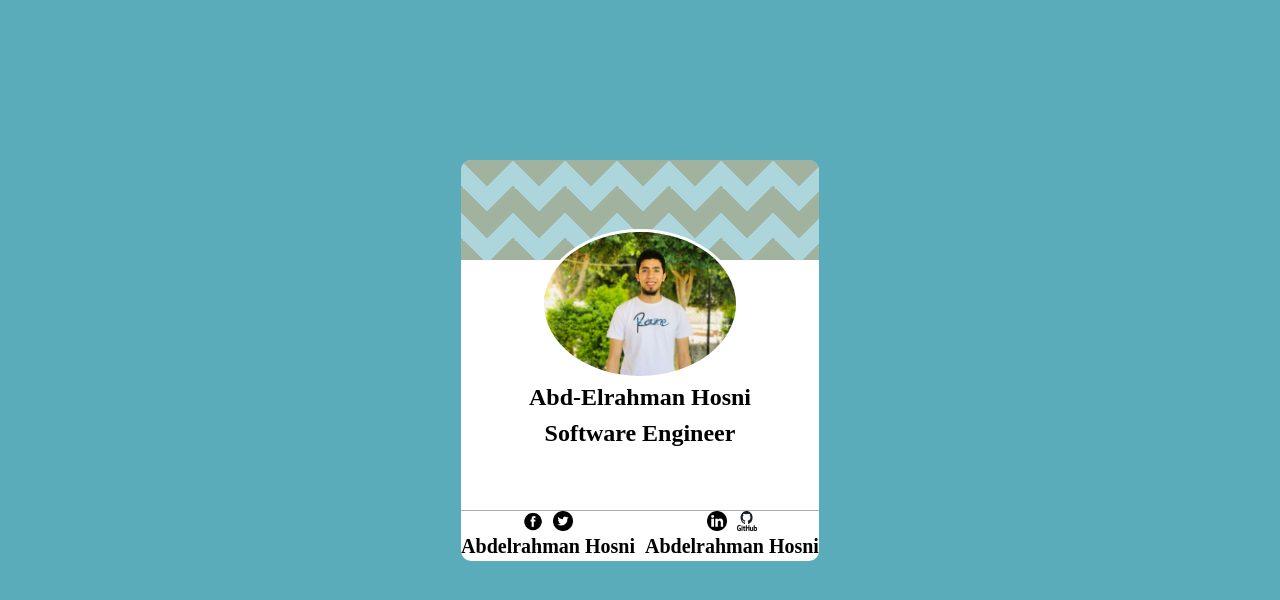
Repository: Abdo-Hosni123/Html-and-css-projects
Page: index.html
These files come from the project's save history. The page is drawn as it stood at one moment and after the next save; the edit follows.
The browser window is 1280 px wide. The pictures show the whole page.

Above is the page before, as saved 2023-12-06 00:45:50.

### index.html
<!doctype html>
<html lang="en">
  <head>
    <meta charset="UTF-8" />
    <meta name="viewport" content="width=device-width, initial-scale=1.0" />
    <title>Abd-Elrahman Honsi's profile component</title>
    <link rel="stylesheet" href="Style.css" />
  </head>
  <body>
    <div class="container">
      <article class="card">
        <div class="top"></div>
        <div class="middle">
          <img
            src="./assets/mypicture.jpg"
            alt="picture of Abdelrahman Hosni"
            class="card-img"
          />
          <h1 class="middle-title">Abd-Elrahman Hosni</h1>
          <h2 class="middle-des">Software Engineer</h2>
        </div>
        <div class="bottom">
          <div class="colum">
            <div class="icons">
              <img
                class="icon"
                src="/assets/facebook.png"
                alt="picture of facebook"
              />
              <img
                class="icon"
                src="/assets/twitter.png"
                alt="picture of twitter"
              />
            </div>
            <h3 class="username">Abdelrahman Hosni</h3>
          </div>
          <div class="colum">
            <div class="icons">
              <img
                class="icon"
                src="/assets/linkedin.png"
                alt="picture of linkedin "
              />
              <img
                class="icon"
                src="/assets/github_PNG20-1.png"
                alt="picture of github  "
              />
            </div>
            <h3 class="username">Abdelrahman Hosni</h3>
          </div>
        </div>
      </article>
    </div>
  </body>
</html>

### Style.css
*,
*::before,
*::after {
  box-sizing: border-box;
}
* {
  margin: 0;
}
body {
  line-height: 1.5;
  -webkit-font-smoothing: antialiased;
}

img,
picture,
video,
canvas,
svg {
  display: block;
  max-width: 100%;
}

input,
button,
textarea,
select {
  font: inherit;
}

p,
h1,
h2,
h3,
h4,
h5,
h6 {
  overflow-wrap: break-word;
}

#root,
#__next {
  isolation: isolate;
}
.container {
  display: flex;
  align-items: center;
  justify-content: center;
  min-height: 100vh;
  background-color: #5bacba;
}
.card {
  display: flex;
  flex-direction: column;
  min-width: 350px;
  border-radius: 10px;
  overflow: hidden;
  background-color: white;
}
.top {
  height: 100px;
  background-color: #e5e5f7;
  opacity: 0.8;
  background-color: #5bacba;
  opacity: 0.5;
  background-image: linear-gradient(135deg, #446740 25%, transparent 25%),
    linear-gradient(225deg, #446740 25%, transparent 25%),
    linear-gradient(45deg, #446740 25%, transparent 25%),
    linear-gradient(315deg, #446740 25%, #5bacba 25%);
  background-position:
    26px 0,
    26px 0,
    0 0,
    0 0;
  background-size: 52px 52px;
  background-repeat: repeat;
  z-index: 1;
}
.middle {
  display: flex;
  flex-direction: column;
  justify-content: center;
  align-items: center;

  height: 220px;
}
.card-img {
  margin-top: -60px;
  border-radius: 50%;
  border: 3px solid white;
  height: 150px;
  z-index: 2;
}
.bottom {
  display: flex;
  gap: 10px;
  margin-top: 30px;
  border-top: 1px solid rgb(174, 172, 172);
  flex: 1;
}
.icons {
  display: flex;
  align-items: center;
  justify-content: center;

  gap: 10px;
}
.icon {
  height: 20px;
  width: 20px;
}
.username {
  font-size: 20px;
}

After the next save:
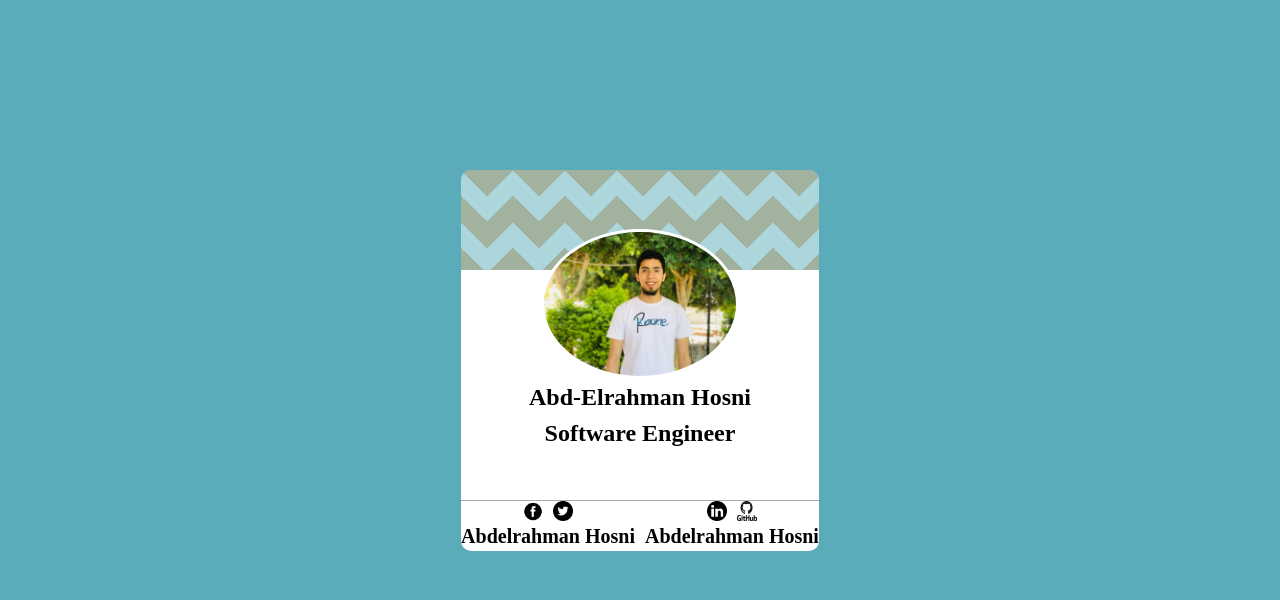
Saved 19 s later.
--- a/Style.css
+++ b/Style.css
@@ -81,7 +81,7 @@ h6 {
   justify-content: center;
   align-items: center;
 
-  height: 220px;
+  height: 200px;
 }
 .card-img {
   margin-top: -60px;
